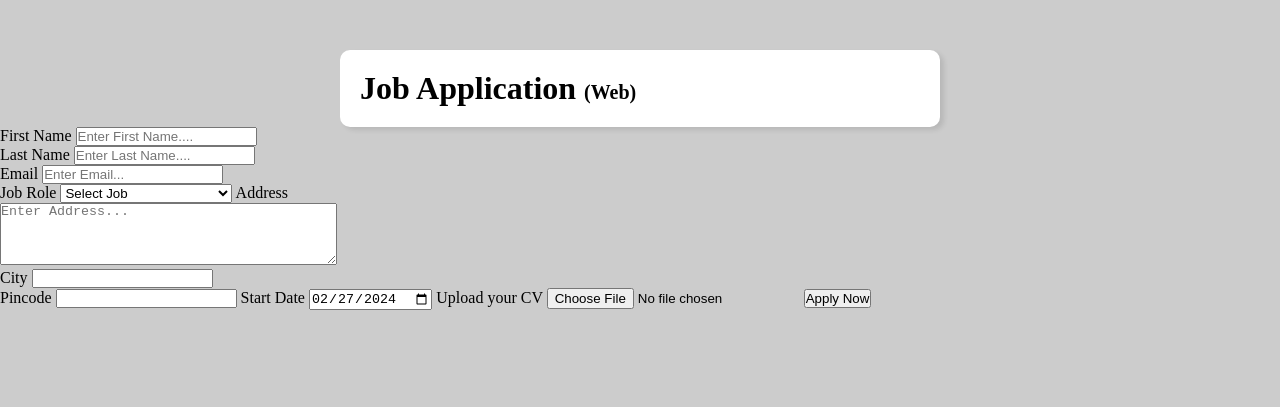
Repository: diensy/JOB-APPLICATION
Page: index.html
The author's editor kept a copy of each file at every save. The page is drawn from the files as they stood at one save, then again after the next save.
The browser window is 1280 px wide. The pictures show the whole page.

Above is the page before, as saved 2024-02-27 20:40:47.

### index.html
<!DOCTYPE html>
<html lang="en">
  <head>
    <meta charset="UTF-8" />
    <meta name="viewport" content="width=device-width, initial-scale=1.0" />
    <title>Job Application Form</title>
    <link rel="stylesheet" href="Job_Application.css" />
  </head>
  <body>
    <div class="container">
      <div class="apply">
        <h1>Job Application <span class="web">(Web)</span></h1>
      </div>
    </div>
    <form action="">
      <div class="form_container">
        <div class="form_control">
          <label for="first">First Name</label>
          <input type="text" id="first" placeholder="Enter First Name...." />
        </div>
        <div class="form_control">
          <label for="last">Last Name</label>
          <input type="text" id="last" placeholder="Enter Last Name...." />
        </div>
        <div class="form_control">
          <label for="Email">Email</label>
          <input type="email" id="Email" placeholder="Enter Email..." />
        </div>
        <div class="form_control">
        <label for="Job">Job Role</label>
      <select name="JobRole" id="Job">
        <option value="Select Job">Select Job</option>
        <option value="JAVA">JAVA DEVELOPER</option>
        <option value="WEB">WEB DEVELOPER</option>
        <option value="BACKEND">BACKEND DEVELOPER</option>
        <option value="MERN DEVELOPER">MERN DEVELOPER</option>
      </div>
      </select>
      <label for="address">Address</label>
      <div class="textarea_control">
      <textarea
        name="Address"
        id="address"
        cols="40"
        rows="4"
        placeholder="Enter Address..."
      ></textarea>
    </div>
    <div class="textarea_control">
      <label for="city">City</label>

      <input type="text" id="city" />
    </div>

      <label for="pin">Pincode</label>

      <input type="text" id="pin" />

      <label for="date">Start Date</label>

      <input value="2024-02-27" type="date" name="date" id="date" />

      <label for="file">Upload your CV</label>

      <input type="file" id="file" />
    </form>
    <button class="applybutton" type="submit">Apply Now</button>
  </body>
</html>

### Job_Application.css
* {
  margin: 0;
  padding: 0;
  box-sizing: border-box;
}
body {
  background-color: #ccc;
}
.apply {
  max-width: 600px;
  padding: 20px;
  background-color: white;
  margin: 0 auto;
  margin-top: 50px;
  box-shadow: 4px 3px 5px rgb(1, 1, 1, 0.1);
  border-radius: 10px;
}
.web {
  font-size: 20px;
}
.applybutton {
}

After the next save:
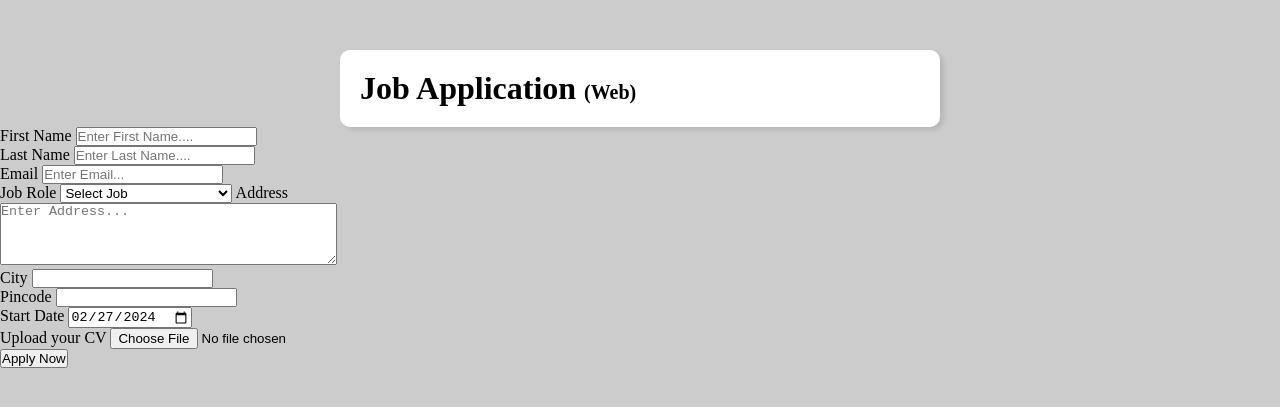
Saved 68 s later.
--- a/index.html
+++ b/index.html
@@ -51,18 +51,21 @@
 
       <input type="text" id="city" />
     </div>
-
+    <div class="textarea_control">
       <label for="pin">Pincode</label>
 
       <input type="text" id="pin" />
-
+      </div>
+      <div class="textarea_control">
       <label for="date">Start Date</label>
 
       <input value="2024-02-27" type="date" name="date" id="date" />
-
+      </div>
+      <div class="textarea_control">
       <label for="file">Upload your CV</label>
 
       <input type="file" id="file" />
+      </div>
     </form>
     <button class="applybutton" type="submit">Apply Now</button>
   </body>
